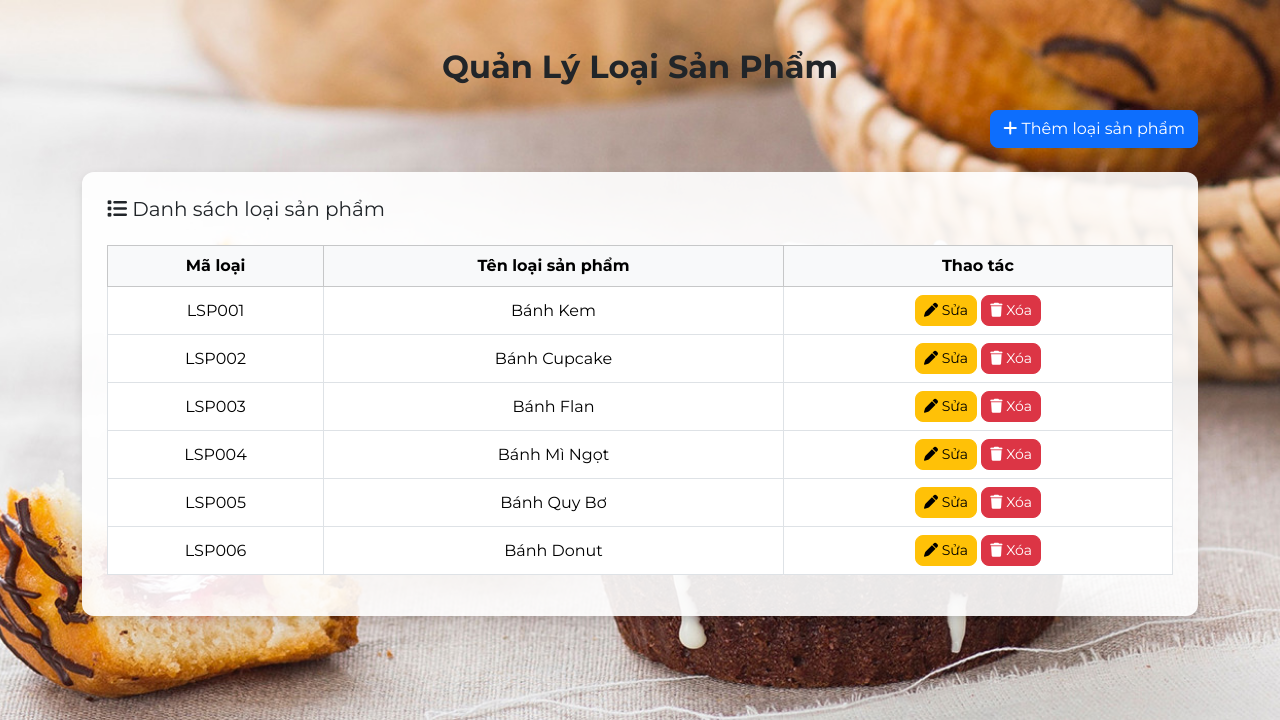
Repository: nhanto2n-byte/Nhom10ChieuThu3
Page: ProjectWeb/cake-main/admin_type.html
These files come from the project's save history. The page is drawn as it stood at one moment and after the next save; the edit follows.
The browser window is 1280 px wide. The pictures show the whole page.
Backgrounds fixed to the window are drawn as part of the page.

Above is the page before, as saved 2025-10-29 08:59:51.

After the next save:
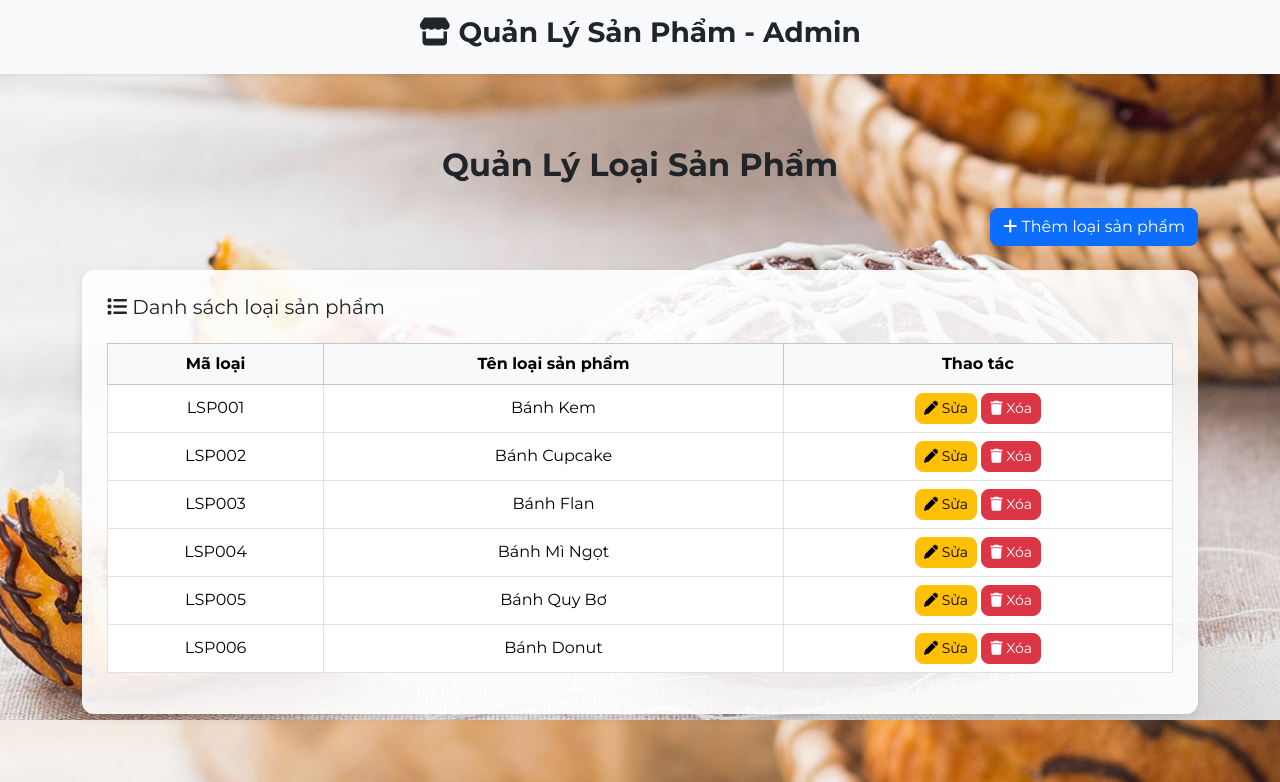
Saved 6 min 40 s later.
--- a/ProjectWeb/cake-main/admin_type.html
+++ b/ProjectWeb/cake-main/admin_type.html
@@ -38,6 +38,15 @@
 </head>
 
 <body>
+  <!-- Header -->
+<header class="bg-light py-3 shadow-sm mb-4">
+  <div class="container text-center">
+    <h3 class="fw-bold text-dark">
+      <i class="fa-solid fa-store"></i> Quản Lý Sản Phẩm - Admin
+    </h3>
+  </div>
+</header>
+
   <div class="container py-5">
     <h2 class="text-center mb-4 fw-bold">Quản Lý Loại Sản Phẩm</h2>
 

After the save that followed:
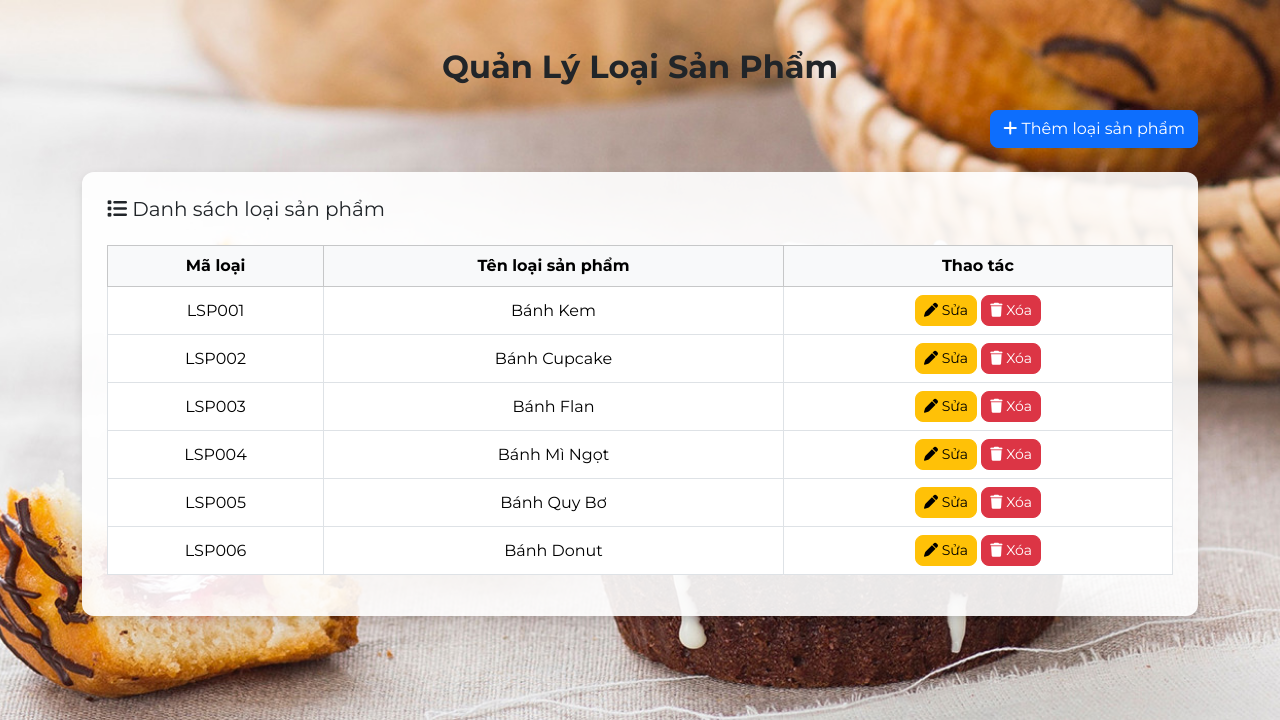
Saved 57 s later.
--- a/ProjectWeb/cake-main/admin_type.html
+++ b/ProjectWeb/cake-main/admin_type.html
@@ -38,14 +38,6 @@
 </head>
 
 <body>
-  <!-- Header -->
-<header class="bg-light py-3 shadow-sm mb-4">
-  <div class="container text-center">
-    <h3 class="fw-bold text-dark">
-      <i class="fa-solid fa-store"></i> Quản Lý Sản Phẩm - Admin
-    </h3>
-  </div>
-</header>
 
   <div class="container py-5">
     <h2 class="text-center mb-4 fw-bold">Quản Lý Loại Sản Phẩm</h2>
